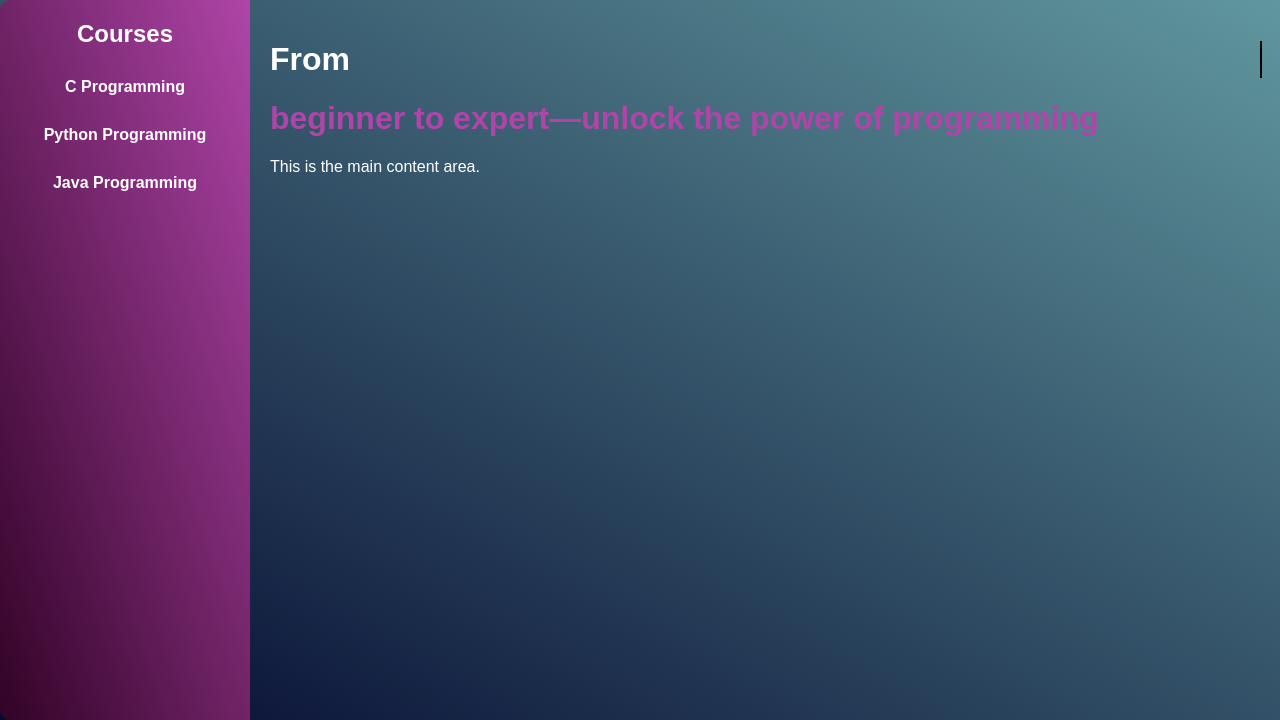
Repository: RishitSharma88/SeaGro
Page: templates/learningcourses.html
The author's editor kept a copy of each file at every save. The page is drawn from the files as they stood at one save, then again after the next save.
The browser window is 1280 px wide. The pictures show the whole page.
The template is drawn by Flask 3. The application's start-up code is not run. Other server files are loaded and not shown. The template is opened directly, without the code that normally fills it, so the values that code supplies are empty.

Above is the page before, as saved 2024-12-28 13:45:10.

### templates/learningcourses.html
<!DOCTYPE html>
<html lang="en">
<head>
    <meta charset="UTF-8">
    <meta name="viewport" content="width=device-width, initial-scale=1.0">
    <title>Learning Courses</title>
    <style>
        body {
            margin: 0;
            padding: 0;
            font-family: 'Arial', sans-serif;
            background: linear-gradient(to bottom left, #60979e, #050a30);
            color: #FFFFFF;
            display: flex;
            height: 100vh;
            overflow: hidden;
        }

        .sidebar {
            background: linear-gradient(to bottom left, #af45a8, #320327);
            color: #ffff;
            width: 250px;
            height: 100%;
            border-radius: 10px 0 0 10px;
            overflow: auto;
            display: flex;
            flex-direction: column;
            align-items: center;
            position: fixed;
            left: 0;
            top: 0;
            transition: transform 0.3s ease;
        }
        .h {
            font-size: 24px;
            font-weight: bold;
            text-align: center;
            margin: 20px 0;
        }
        .side-links {
            display: flex;
            flex-direction: column;
            gap: 10px;
            width: 100%;
            padding: 0 10px;
        }

        .side-links a {
            text-decoration: none;
            color: #fff;
            font-size: 1rem;
            font-weight: bold;
            padding: 10px;
            border-radius: 5px;
            text-align: center;
            transition: background-color 0.3s ease;
        }

        .side-links a:hover {
            background-color: rgba(255, 255, 255, 0.2);
        }
        .main-content {
            margin-left: 250px;
            flex: 1;
            padding: 20px;
            transition: margin-left 0.3s ease;
        }
        .typing {
            width: 0;
            overflow: hidden;
            white-space: nowrap;
            border-right: 2px solid black;
            animation: typing 3s steps(20) forwards, blink 0.5s step-end infinite;
        }
        @keyframes typing {
            from {
                width: 0;
            }
            to {
                width: 100%;
            }
        }

        @keyframes blink {
            50% {
                border-color: transparent;
            }
        }
        .highlight{
            color:#af45a8
        }

        /*.sidebar.collapsed {
            transform: translateX(-250px);
        }





        .toggle-btn {
            position: fixed;
            top: 50%;
            left: 250px;
            transform: translateY(-50%);
            background: #de7a50;
            color: #fff;
            border: none;
            border-radius: 5px;
            font-size: 20px;
            cursor: pointer;
            transition: left 0.3s ease;
        }

        .toggle-btn.collapsed {
            left: 0;
        }



        .sidebar.collapsed + .main-content {
            margin-left: 0;
        }*/
    </style>
</head>
<body>
    <div class="sidebar">
        <h1 class="h">Courses</h1>
        <div class="side-links">
            <a href="coursetemp.html">C Programming</a>
            <a href="coursetemp.html">Python Programming</a>
            <a href="coursetemp.html">Java Programming</a>
        </div>
    </div>
    <!-- <button class="toggle-btn">&#9664;</button> -->

    <div class="main-content">
        <h1 class="typing">From <h1 class="highlight">beginner</class> to expert—unlock the power of programming</h1>
        <p>This is the main content area.</p>
    </div>

    <!-- <script>
        const sidebar = document.querySelector('.sidebar');
        const toggleBtn = document.querySelector('.toggle-btn');

        toggleBtn.addEventListener('click', () => {
            sidebar.classList.toggle('collapsed');
            toggleBtn.classList.toggle('collapsed');


            toggleBtn.innerHTML = sidebar.classList.contains('collapsed') ? '&#9654;' : '&#9664;';
        });
    </script> -->
</body>
</html>

After the next save:
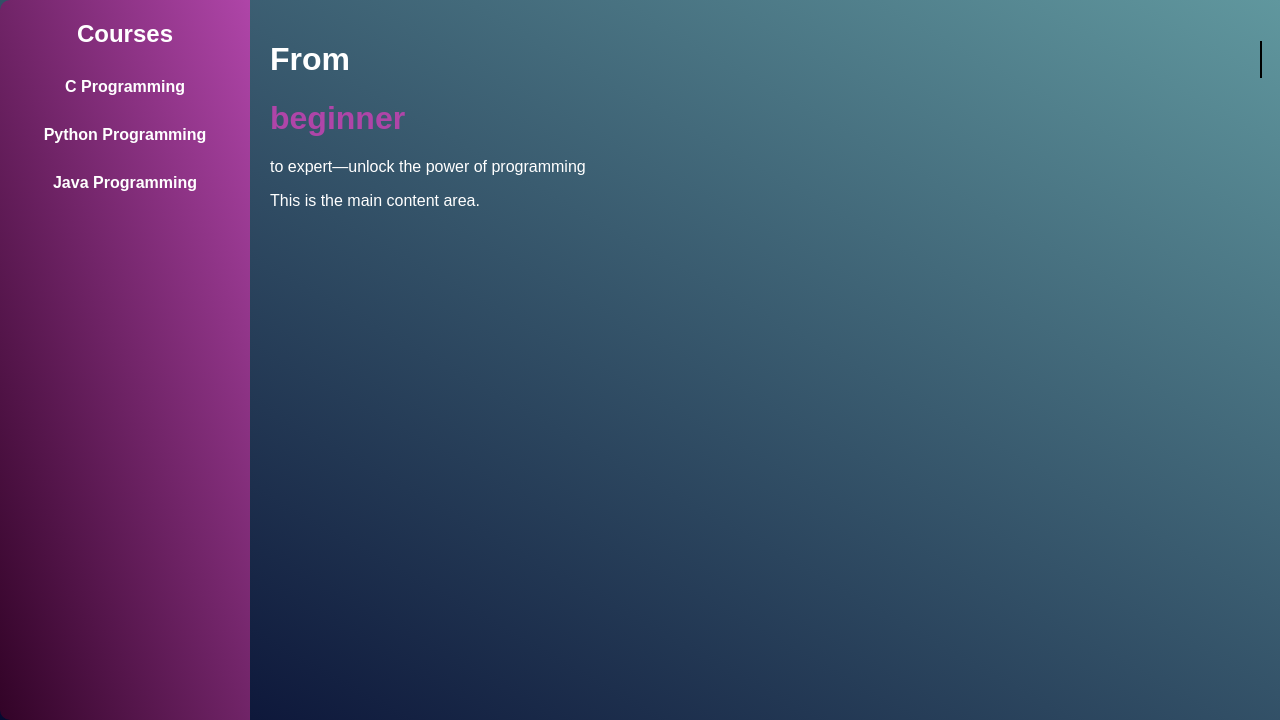
Saved 23 s later.
--- a/templates/learningcourses.html
+++ b/templates/learningcourses.html
@@ -135,7 +135,7 @@
     <!-- <button class="toggle-btn">&#9664;</button> -->
 
     <div class="main-content">
-        <h1 class="typing">From <h1 class="highlight">beginner</class> to expert—unlock the power of programming</h1>
+        <h1 class="typing">From <h1 class="highlight">beginner</h1> to expert—unlock the power of programming</h1>
         <p>This is the main content area.</p>
     </div>
 
